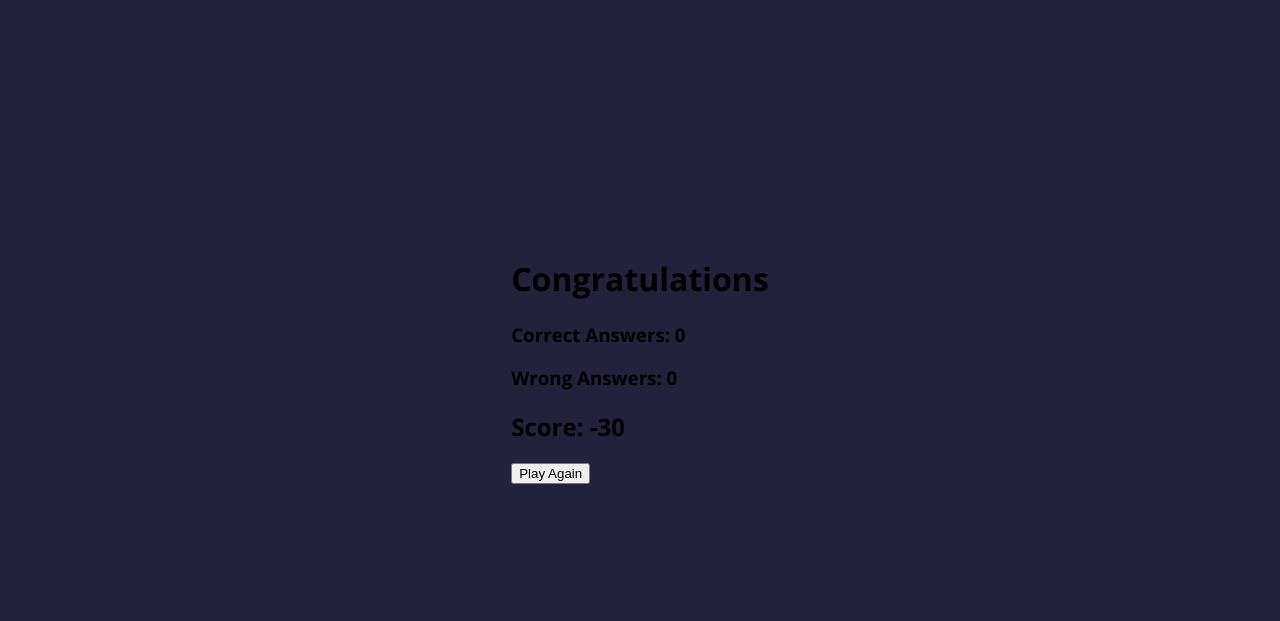
Repository: Wanglongzhi2001/Learn-javascript
Page: quiz/quiz.html
The author's editor kept a copy of each file at every save. The page is drawn from the files as they stood at one save, then again after the next save.
The browser window is 1280 px wide. The pictures show the whole page.

Above is the page before, as saved 2023-02-02 17:52:59.

### quiz/quiz.html
<html lang="en">
<head>
    <meta charset="UTF-8">
    <meta http-equiv="X-UA-Compatible" content="IE=edge">
    <meta name="viewport" content="width=device-width, initial-scale=1.0">
    <!-- 使用谷歌字体 -->
    <link
      href="https://fonts.googleapis.com/css2?family=Open+Sans:wght@300;400;500;600;700;800&display=swap"
      rel="stylesheet"
    />
    <link rel="stylesheet" href="./quiz.css">
    <title>quiz project</title>
</head>
<body>
    <div class="container">
        <div class="game"></div>
        <div class="result">
            <h1>Congratulations</h1>
            <h3 class="correct">Correct Answers: 0</h3>
            <h3 class="wrong">Wrong Answers: 0</h3>
            <h2 class="score">Score: -30</h2>
            <button class="play">Play Again</button>
        </div>
    </div>
    <script src="./quiz.js"></script>
</body>
</html>

### quiz/quiz.css
body{
    background-color: #22223b;
    display: flex;
    align-items: center;
    justify-content: center;
    font-family: 'Open Sans', sans-serif;
}

Loaded but not shown: quiz/quiz.js (no stored copy; drawn as an empty file)

After the next save:
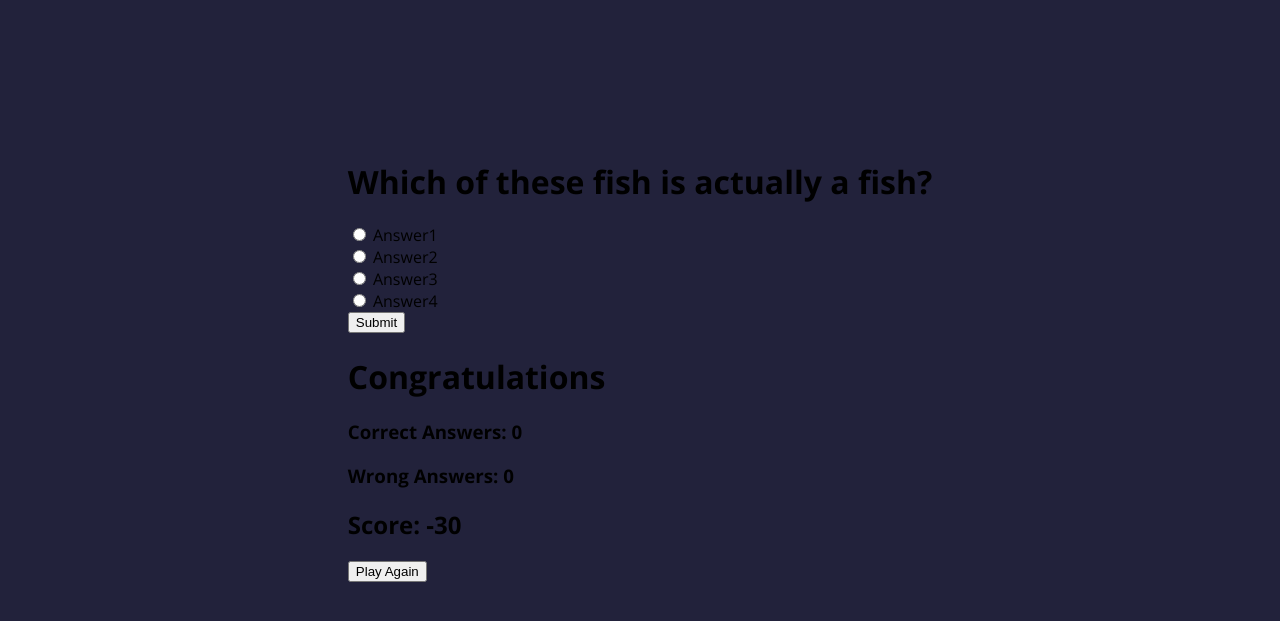
Saved 5 min 50 s later.
--- a/quiz/quiz.html
+++ b/quiz/quiz.html
@@ -13,7 +13,36 @@
 </head>
 <body>
     <div class="container">
-        <div class="game"></div>
+        <div class="game">
+            <div class="content">
+                <h1 class="question">Which of these fish is actually a fish?</h1>
+                <div class="ansers">
+                    <div class="anser">
+                        <input type="radio" id="answer1" value="false">
+                        <label for="answer1">Answer1</label>
+                    </div>
+                </div>
+                <div class="ansers">
+                    <div class="anser">
+                        <input type="radio" id="answer2" value="false">
+                        <label for="answer2">Answer2</label>
+                    </div>
+                </div>
+                <div class="ansers">
+                    <div class="anser">
+                        <input type="radio" id="answer3" value="false">
+                        <label for="answer3">Answer3</label>
+                    </div>
+                </div>
+                <div class="ansers">
+                    <div class="anser">
+                        <input type="radio" id="answer4" value="false">
+                        <label for="answer4">Answer4</label>
+                    </div>
+                </div>
+            </div>
+            <button class="submit">Submit</button>
+        </div>
         <div class="result">
             <h1>Congratulations</h1>
             <h3 class="correct">Correct Answers: 0</h3>
